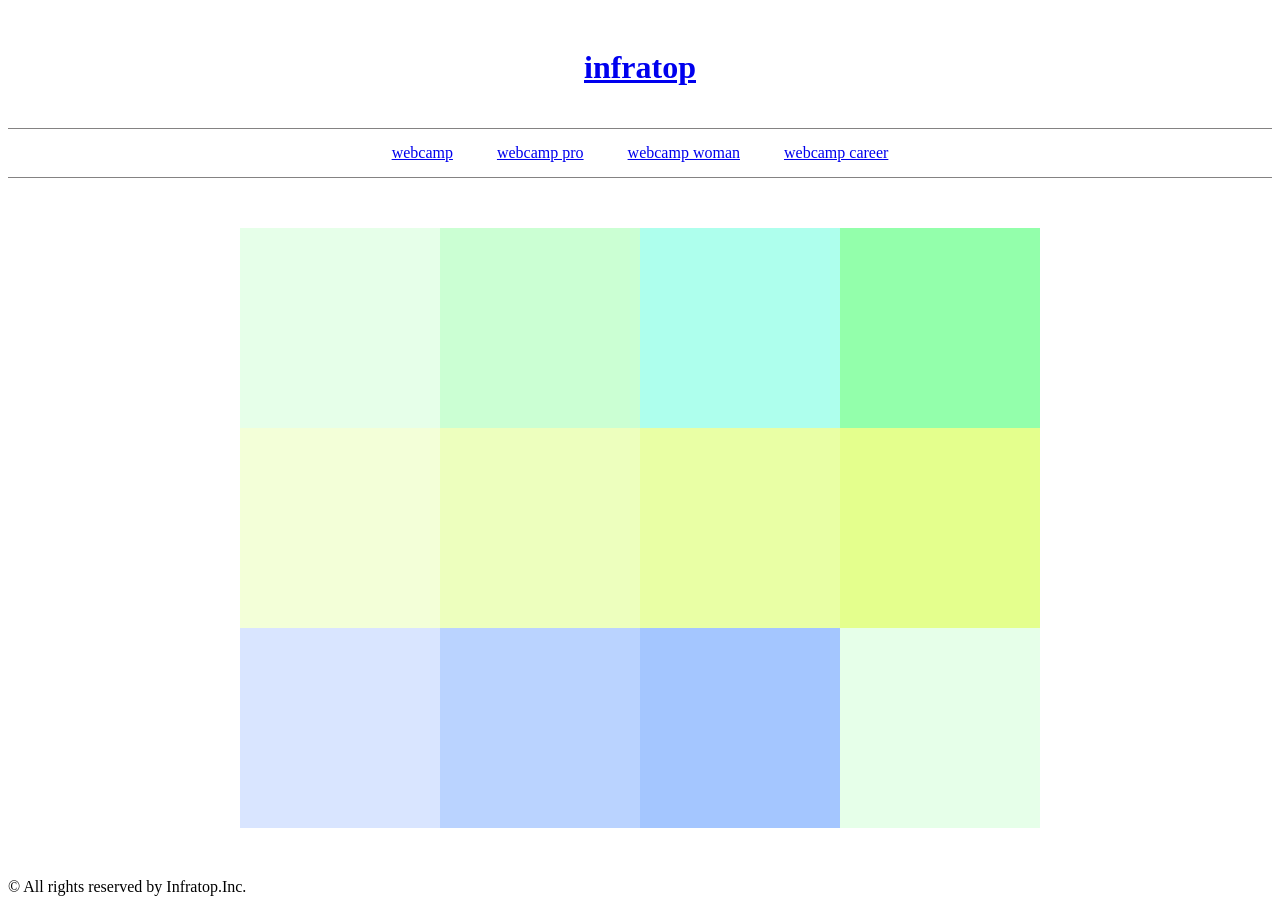
Repository: ego-boosting/html-practice1
Page: chapter5/index.html
The author's editor kept a record of every edit. The page is drawn from the files as they stood at one moment, then again after the next edit.
The browser window is 1280 px wide. The pictures show the whole page.

Above is the page before.

After the next edit:
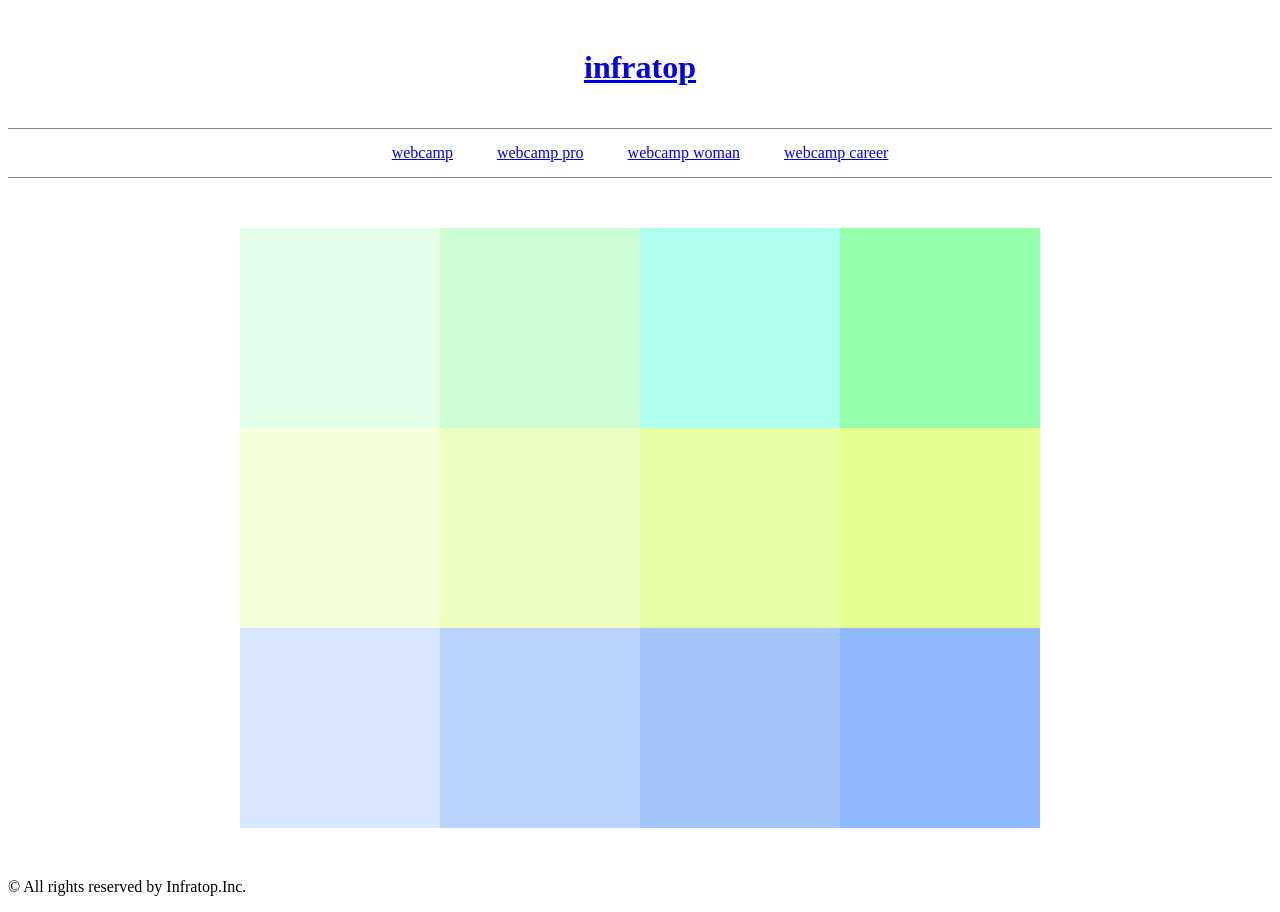
The edit:
--- a/chapter5/style.css
+++ b/chapter5/style.css
@@ -99,5 +99,5 @@
 .box12{
   width:200px;
   height:200px;
-  background-color:#e6ffe9;
+  background-color:#8eb8ff;
 }
